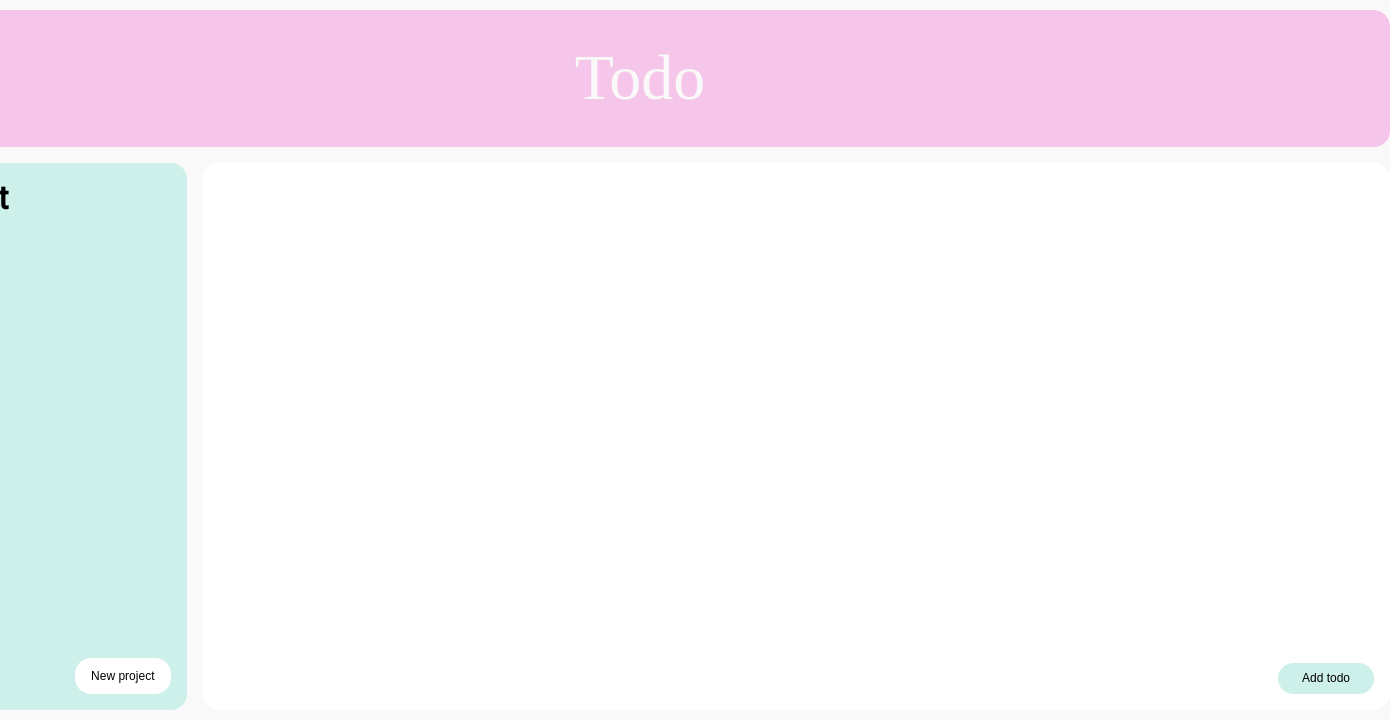
Repository: yeetzpxoci/todo-list
Page: dist/index.html
The author's editor kept a copy of each file at every save. The page is drawn from the files as they stood at one save, then again after the next save.
The browser window is 1280 px wide. The page is 1390 px wide, so the pictures cover 1390 px, including what lies to the right of the window. The pictures show the whole page.
Some web fonts or font styles are not loaded; a fallback is used.

Above is the page before, as saved 2023-03-07 20:55:58.

### dist/index.html
<!DOCTYPE html>
<html lang="en">
<head>
    <meta charset="UTF-8">
    <meta http-equiv="X-UA-Compatible" content="IE=edge">
    <meta name="viewport" content="width=device-width, initial-scale=1.0">
    <title>Todo List</title>
    <link rel="stylesheet" href="styles.css">
    <link rel="preconnect" href="https://fonts.googleapis.com">
    <link rel="preconnect" href="https://fonts.gstatic.com" crossorigin>
    <link href="https://fonts.googleapis.com/css2?family=Tilt+Warp&display=swap" rel="stylesheet">
    <link href="https://fonts.googleapis.com/css2?family=Roboto&family=Tilt+Warp&display=swap" rel="stylesheet">
</head>
<body>

<script src="main.js"></script>
</body>
</html>

### dist/styles.css
body, html {
    margin:0;
    padding: 0;
}

body {
    min-height: 100vh;
    display: flex;
    flex-direction: column;
    justify-content: center;
    align-items: center;
    font-family: 'Roboto';
    background-color: #F9F9F9;
}

p {
    margin: 0;
    padding: 0;
}

#content {
    width: 1500px;
    height: 700px;
    display: grid;
    grid-template-columns: 1fr 4fr;
    grid-template-rows: 1fr 4fr;
    background-color: #F9F9F9;
    z-index: 0;
    overflow: hidden;
    border-radius: 16px;
    gap: 16px;
}

#header {
    display: flex;
    justify-content: center;
    align-items: center;
    background-color: #F6C6EA;
    font-size: 64px;
    font-family: 'Tilt Warp', cursive;
    grid-column: 1 / 3;
    grid-row: 1 / 2;
    z-index: 1;
    border-radius: 16px;
}

#header p {
    margin: 24px;
    padding: 0;
    color: #F9F9F9;
}

#sidebar {
    display: flex;
    flex-direction: column;
    background-color: #CDF0EA;
    grid-column: 1 / 2;
    grid-row: 2 / 3;
    z-index: -1;
    border-radius: 16px;
}

#projects-div {
    display: flex;
    flex-direction: column;
    width: 100%;
}

#add-project {
    align-self: flex-end;
    border-radius: 16px;
    border-width: 0;
    height: 36px;
    width: 96px;
    font-size: 12px;
    margin-top: auto;
    margin-right: 16px;
    margin-bottom: 16px;
    background-color: #FFFFFF;
    cursor: pointer;
}

#add-todo {
    align-self: flex-end;
    border-radius: 16px;
    border-width: 0;
    height: 36px;
    width: 96px;
    font-size: 12px;
    margin-top: auto;
    margin-bottom: 16px;
    margin-right: 16px;
    background-color: #CDF0EA;
    cursor: pointer;
}

.project-name {
    font-size: 32px;
    font-weight: bold;
    cursor: pointer;
    margin: 0;
    padding: 0;
}

.project-div {
    display: flex;
    justify-content: space-between;
    align-items: center;
    padding: 16px;
}

.project-remove-button {
    background-color: transparent;
    border-radius: 8px;
    border-width: 0px;
    font-weight: bold;
    font-size: 32px;
    cursor: pointer;
}

#todos-wrapper {
    display: flex;
    flex-direction: column;
    gap: 16px;
    background-color: #FFFFFF;
    border-radius: 16px;
}

#todos {
    height: 100%;
    display: grid;
    grid-template-columns: 1fr 1fr;
    grid-auto-rows: 20%;
    column-gap: 16px;
    padding-left: 16px;
    padding-right: 16px;
    margin-top: 16px;
    overflow: scroll;
}

.todo, .todo-high, .todo-medium, .todo-low {
    display: flex;
    justify-content: space-between;
    align-items: center;
    height: 60%;
    border-radius: 16px;
    padding-left: 16px;
    padding-right: 16px;
    font-size: 20px;
}

.todo-high {
    background-color: #FFCBCB;
}

.todo-medium {
    background-color: #fffabb;
}

.todo-low {
    background-color: #E7FBBE;
}

.due {
    padding-left: 128px;
}

.checkbox {
    transform: scale(2);
}

.description {
    background-color: #caf1ff;
    border-radius: 16px;
    border-width: 0px;
    font-size: 20px;
    padding: 4px;
    cursor: pointer;
    background-color: transparent;
}

#description-div {
    display: none;
    flex-direction: column;
    flex-wrap: wrap;
    background-color: #F9F9F9;
    width: 25%;
    height: 40%;
    border-radius: 16px;
    padding: 16px;
    position: absolute;
    margin-left: auto;
    margin-right: auto;
    left: 0;
    right: 0;
    z-index: 2;
    box-shadow: 0 0 0 1600px rgba(0, 0, 0, 0.65);
}

#description-text {
    justify-content: baseline;
}

#close-button {
    margin-top: -8px;
    margin-right: -8px;
    font-weight: bold;
    width: 24px;
    height: 24px;
    align-self: flex-end;
    background-color: transparent;
    border: transparent;
    cursor: pointer;
}

#new-project-form {
    display: none;
    flex-direction: column;
    align-items: center;
    gap: 8px;
    flex-wrap: wrap;
    background-color: #F9F9F9;
    width: 20%;
    height: 10%;
    border-radius: 16px;
    padding: 16px;
    position: absolute;
    margin-left: auto;
    margin-right: auto;
    left: 0;
    right: 0;
    top: 256px;
    z-index: 2;
    box-shadow: 0 0 0 1600px rgba(0, 0, 0, 0.65);
}

#new-todo-form {
    display: none;
    flex-direction: column;
    align-items: center;
    gap: 8px;
    flex-wrap: wrap;
    background-color: #F9F9F9;
    width: 20%;
    height: 20%;
    border-radius: 16px;
    padding: 16px;
    position: absolute;
    margin-left: auto;
    margin-right: auto;
    left: 0;
    right: 0;
    top: 256px;
    z-index: 2;
    box-shadow: 0 0 0 1600px rgba(0, 0, 0, 0.65);
}

Loaded but not shown: dist/main.js (library)

After the next save:
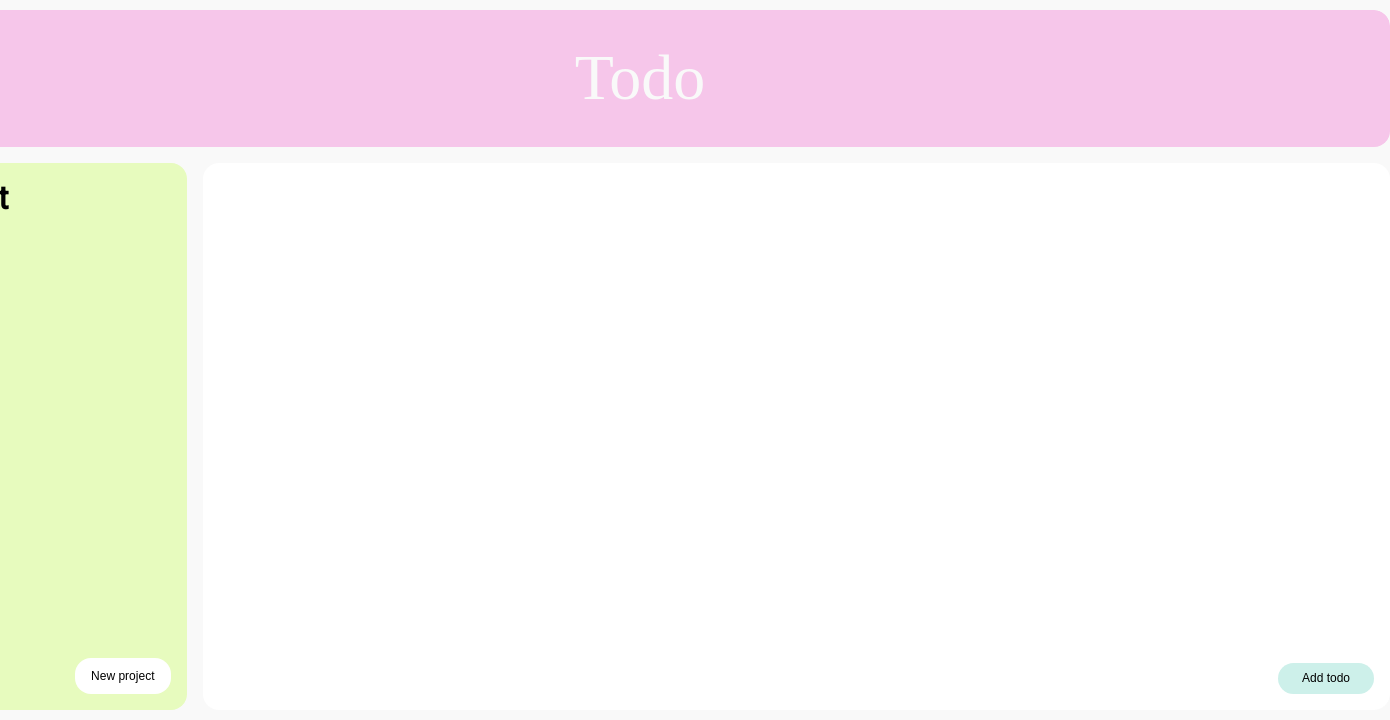
Saved 4 min 58 s later.
--- a/dist/styles.css
+++ b/dist/styles.css
@@ -53,7 +53,7 @@ p {
 #sidebar {
     display: flex;
     flex-direction: column;
-    background-color: #CDF0EA;
+    background-color: #E7FBBE;
     grid-column: 1 / 2;
     grid-row: 2 / 3;
     z-index: -1;
